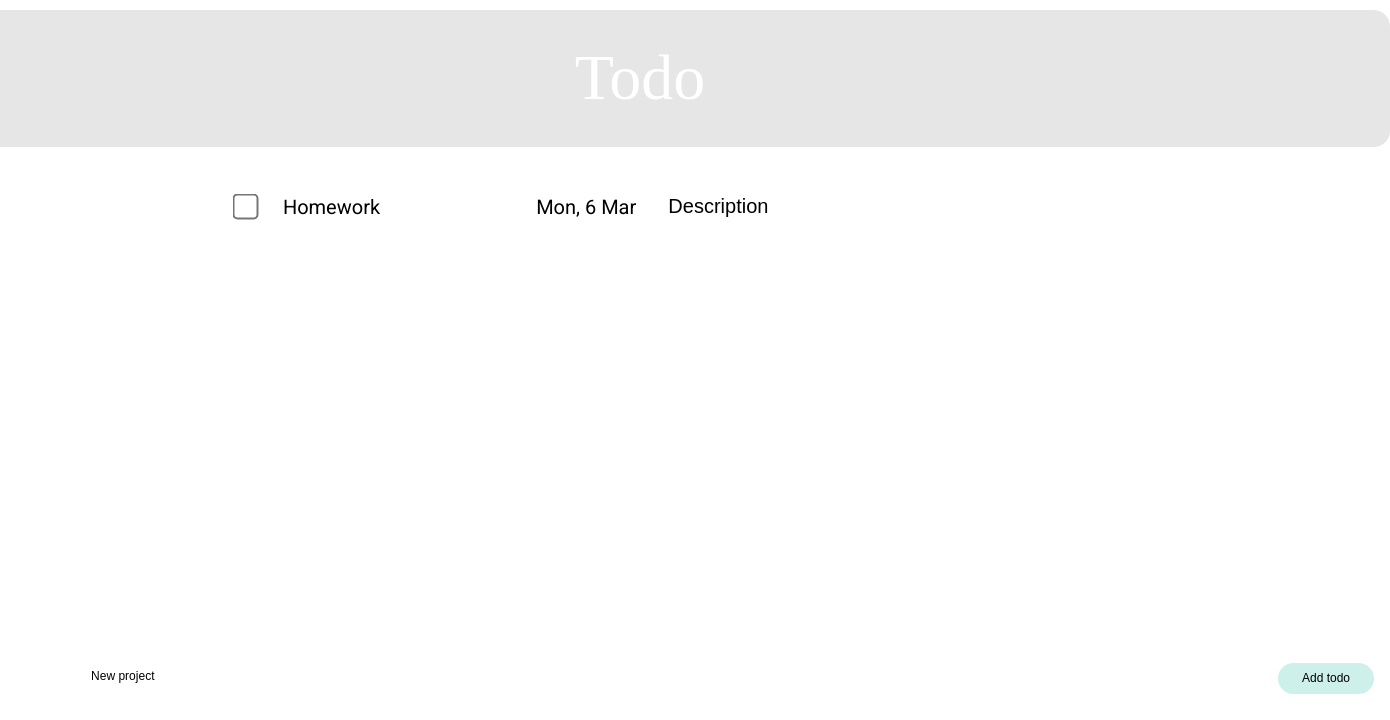
Repository: yeetzpxoci/todo-list
Page: dist/index.html
The author's editor kept a copy of each file at every save. The page is drawn from the files as they stood at one save, then again after a run of saves.
The browser window is 1280 px wide. The page is 1390 px wide, so the pictures cover 1390 px, including what lies to the right of the window. The pictures show the whole page.
Some web fonts or font styles are not loaded; a fallback is used.

Above is the page before, as saved 2023-03-07 17:28:13.
Console error: ReferenceError: projectNameSubmit is not defined

After the next 3 saves:
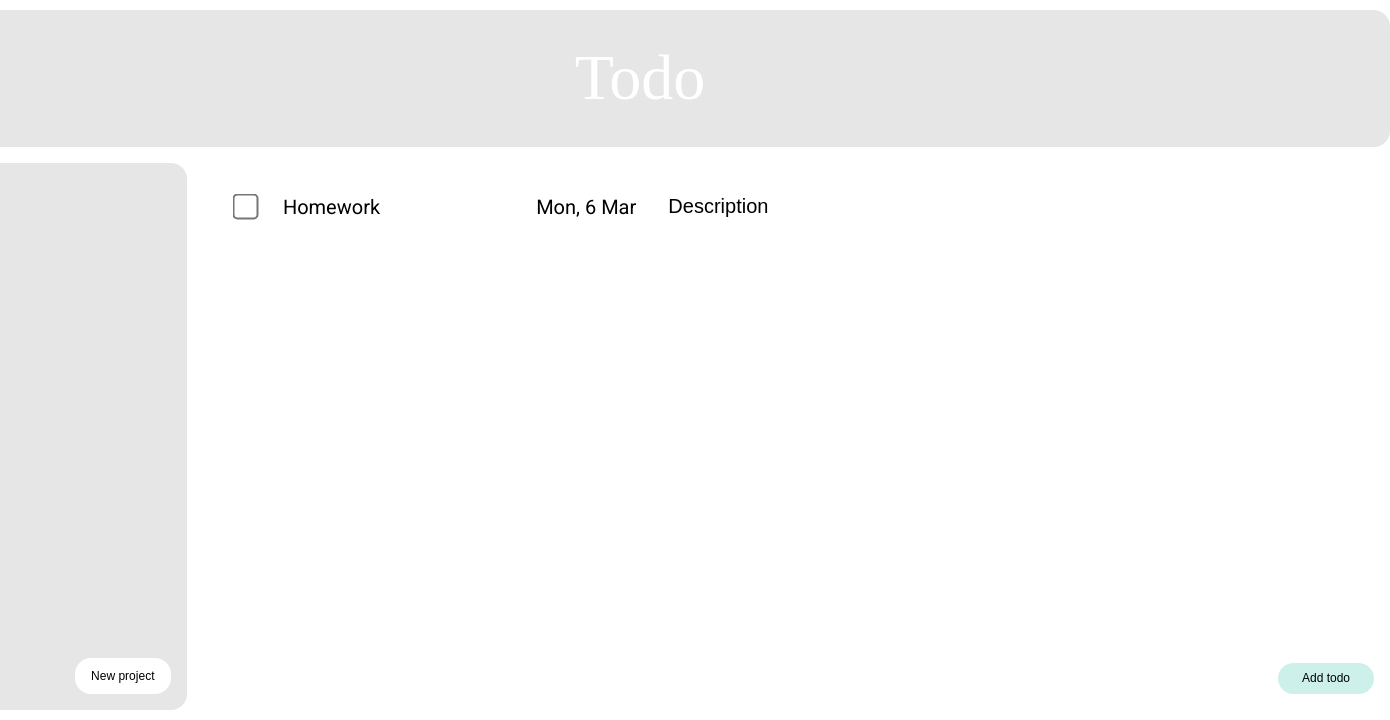
The 3 saves are shown as one change because they came seconds apart.
The last was saved 20 s later.
--- a/dist/styles.css
+++ b/dist/styles.css
@@ -53,7 +53,7 @@ p {
 #sidebar {
     display: flex;
     flex-direction: column;
-    background-color: #ffffff   ;
+    background-color: #e6e6e6;
     grid-column: 1 / 2;
     grid-row: 2 / 3;
     z-index: -1;
